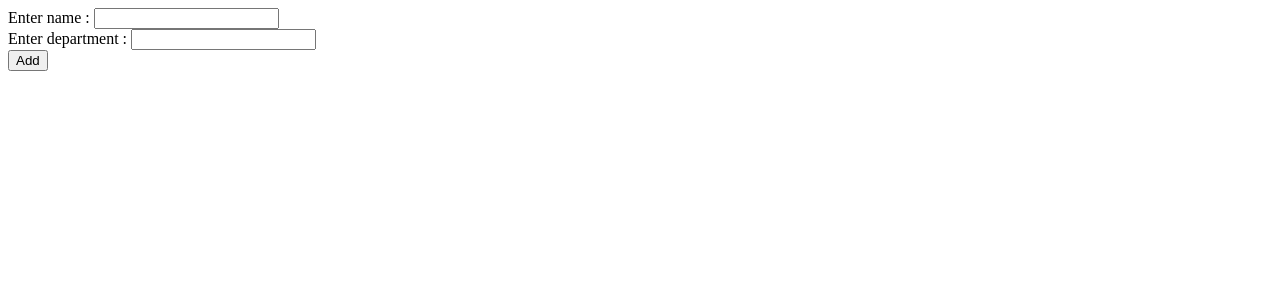
Repository: rajatgits/Wipro-Assignment
Page: http://localhost/EmployeeManagement/addEmployee.jsp
An editor plug-in stored every save of this project. The page is shown before and after a run of saves, followed by the edit.
The browser window is 1280 px wide. The pictures show the whole page.
The page is served by Tomcat 10.

Above is the page before, as saved 2025-02-03 12:39:13.

After the next 2 saves:
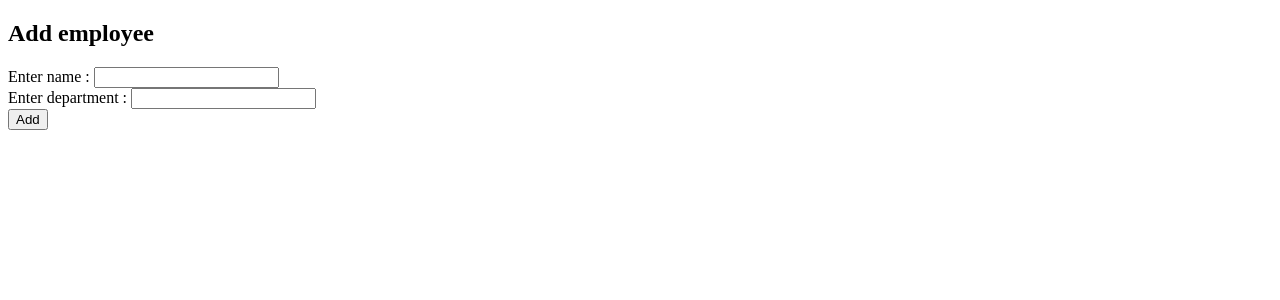
The 2 saves are shown as one change because they came seconds apart.
The last was saved 5 h 2 min later.
--- a/EmployeeManagement/src/main/webapp/addEmployee.jsp
+++ b/EmployeeManagement/src/main/webapp/addEmployee.jsp
@@ -7,6 +7,7 @@
 <title>Add employee</title>
 </head>
 <body>
+    <h2>Add employee</h2>
 	<form action="EmployeeServlet">
 	Enter name : <input type="text" name="name"></br>
 	Enter department : <input type="text" name="department"></br>

After the 3 saves that followed:
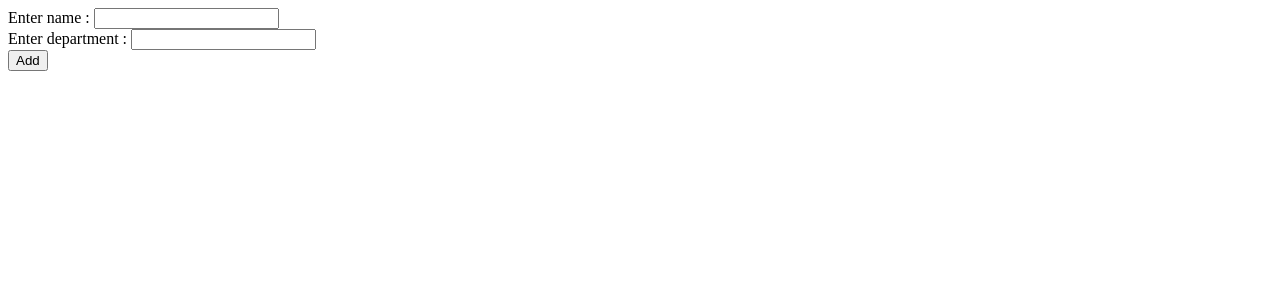
The 3 saves are shown as one change because 2 left the picture as it was.
The last was saved 109 s later.
--- a/EmployeeManagement/src/main/webapp/addEmployee.jsp
+++ b/EmployeeManagement/src/main/webapp/addEmployee.jsp
@@ -7,10 +7,9 @@
 <title>Add employee</title>
 </head>
 <body>
-    <h2>Add employee</h2>
 	<form action="EmployeeServlet">
-	Enter name : <input type="text" name="name"></br>
-	Enter department : <input type="text" name="department"></br>
+		Enter name : <input type="text" name="name" required></br>
+		Enter department : <input type="text" name="department"></br>
 	<input type="submit" value="Add">
 	</form>
 </body>
